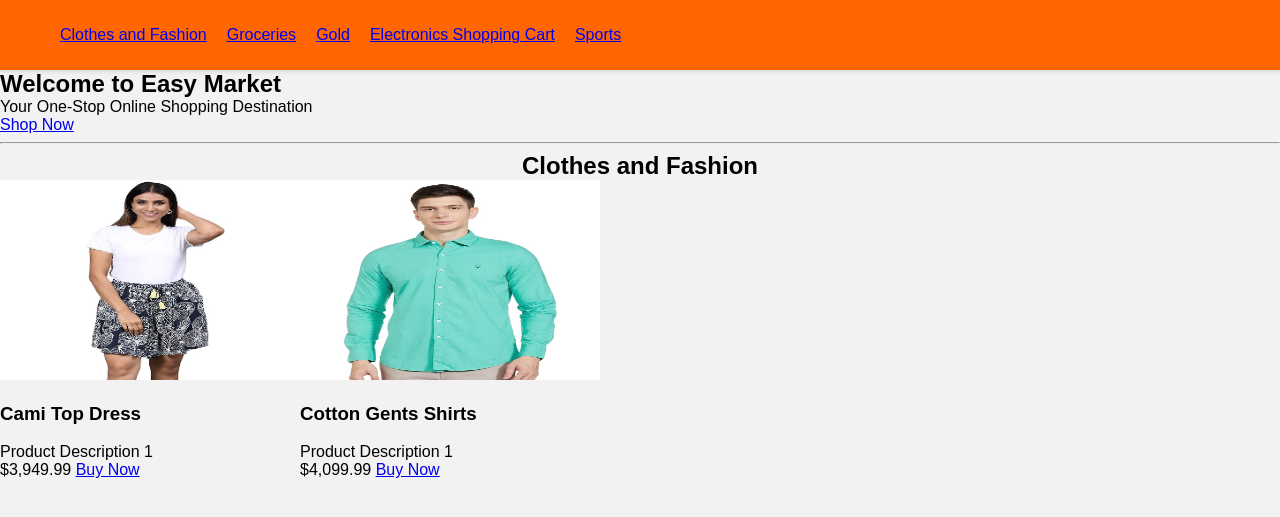
Repository: Maheshbabur789/BookStore
Page: http://localhost/OnlineMarketing/ownWeb.jsp
These files come from the project's save history. The page is drawn as it stood at one moment and after the next save; the edit follows.
The browser window is 1280 px wide. The pictures show the whole page.
The page is served by Tomcat 9.

Above is the page before, as saved 2024-11-07 12:33:01.

After the next save:
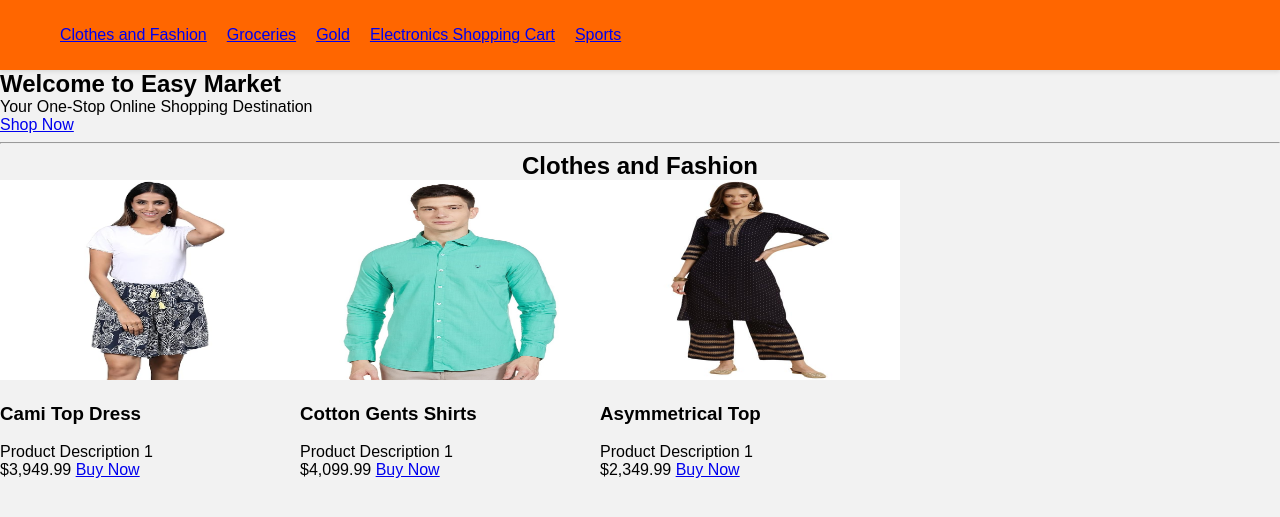
Saved 2 min 5 s later.
--- a/MyLabs/OnlineMarketing/src/main/webapp/ownWeb.jsp
+++ b/MyLabs/OnlineMarketing/src/main/webapp/ownWeb.jsp
@@ -99,5 +99,12 @@
 			    <span class="price">$4,099.99</span>
 			    <a href="http://localhost/php-practice/praveen/site/flipkart_form.php" class="add-to-cart">Buy Now</a>
 			</div>
+			<div class="product-card highlights">
+			    <img src="women dress.jpg" alt="Sample Image" width="300" height="200">
+			    <h3>Asymmetrical Top</h3>
+			    <p>Product Description 1</p>
+			    <span class="price">$2,349.99</span>
+			    <a href="http://localhost/php-practice/praveen/site/amazon_form.php" class="add-to-cart">Buy Now</a>
+			</div>
 </body>
 </html>
